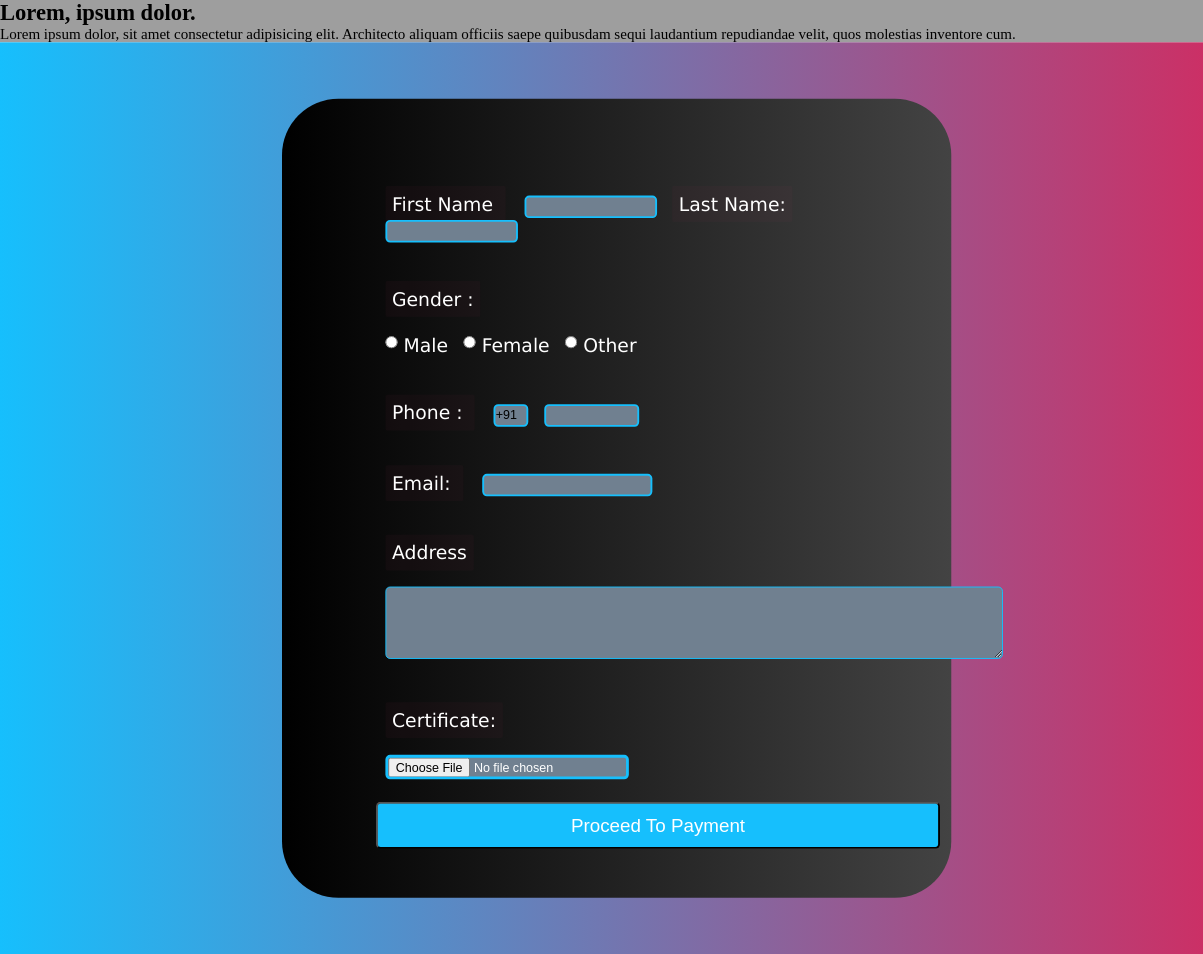
Repository: sarthakkathpalia/elliptical
Page: html/form.html
The author's editor kept a copy of each file at every save. The page is drawn from the files as they stood at one save, then again after the next save.
The browser window is 1280 px wide. The pictures show the whole page, at 94% of full size.
Pictures or frames that could not be fetched are drawn as grey boxes.

Above is the page before, as saved 2021-10-30 18:19:50.

### html/form.html
<!DOCTYPE html>
<html lang="en">
<head>
    <meta charset="UTF-8">
    <meta http-equiv="X-UA-Compatible" content="IE=edge">
    <meta name="viewport" content="width=device-width, initial-scale=1.0">
    <title>form</title>
</head>
<style>
        *{
        padding: 0%;
        margin: 0%;
            }
        input{
            border-radius: 5px;
            margin-left: 10px;
            height: 20px;
            background-color: slategray;
            border-style: solid;
            border-color: #16BFFD;
        }
        textarea{
            border-radius: 5px;
            margin-left: 10px;

            background-color: slategray;
            border-style: solid;
            border-color: #16BFFD;
        }
        label{
            background-color: #cb30660a;
            padding: 7px;
            margin: 10px;
            border-radius: 2px;
        }
        .book{
            display:flex;
            align-items: center;

            background-image: linear-gradient(to right ,#16BFFD,#CB3066);
        }
        .box{
            font-family:'Lucida Sans', 'Lucida Sans Regular', 'Lucida Grande', 'Lucida Sans Unicode', Geneva, Verdana, sans-serif;
            border-radius: 60px;
            font-size: 20px;
            color: white;
            background-image: linear-gradient(to right , #000000,#434343);
            width: 40%;
            height: 650px;
            margin-top: 60px;
            margin-bottom: 60px;
            margin-left: 300px;
            padding: 100px;
        }
        button{
            background-color:#16BFFD ;
            width: 600px;
            height: 50px;
            border-radius: 5px;
        }
        a{
            color: white;
            font-size: 20px;
            text-decoration: none;
        }
        .head{

            background: url("gif1.gif");
        }

</style>
<body>
    <div class="head">
        <h2>Lorem, ipsum dolor.</h2>
        <p>Lorem ipsum dolor, sit amet consectetur adipisicing elit. Architecto aliquam officiis saepe quibusdam sequi laudantium repudiandae velit, quos molestias inventore cum.</p>
    </div>
    <form class="book">
      <div class="box">
        <label> First Name </label>
        <input type="text" name="firstname" size="15"/>
        <label> Last Name: </label>
        <input type="text" name="lastname" size="15"/> <br> <br> <br>

        <label>
        Gender :
        </label><br>  <br>
        <input type="radio" name="male"/> Male
        <input type="radio" name="female"/> Female
        <input type="radio" name="other"/> Other
        <br>
        <br>
          <br>
        <label>
        Phone :
        </label>
        <input type="text" name="country code"  value="+91" size="2"/>
        <input type="text" name="phone" size="10"/> <br> <br>  <br>
        <label>
            Email:
        </label>
        <input type="email" id="email" name="email"/> <br>
        <br><br>
        <label>
            Address
        </label>
        <br>
        <br>
        <textarea cols="80" rows="5" value="address">
        </textarea>
        <br> <br>  <br>

        <label>
            Certificate:
        </label>
        <br>
        <br>
        <input type="file" id="image-input" accept="image/*">
        <br>
        <br>

        <button><a href="index.html">Proceed To Payment</a></button>
    </div>
        </form>
</body>
</html>

After the next save:
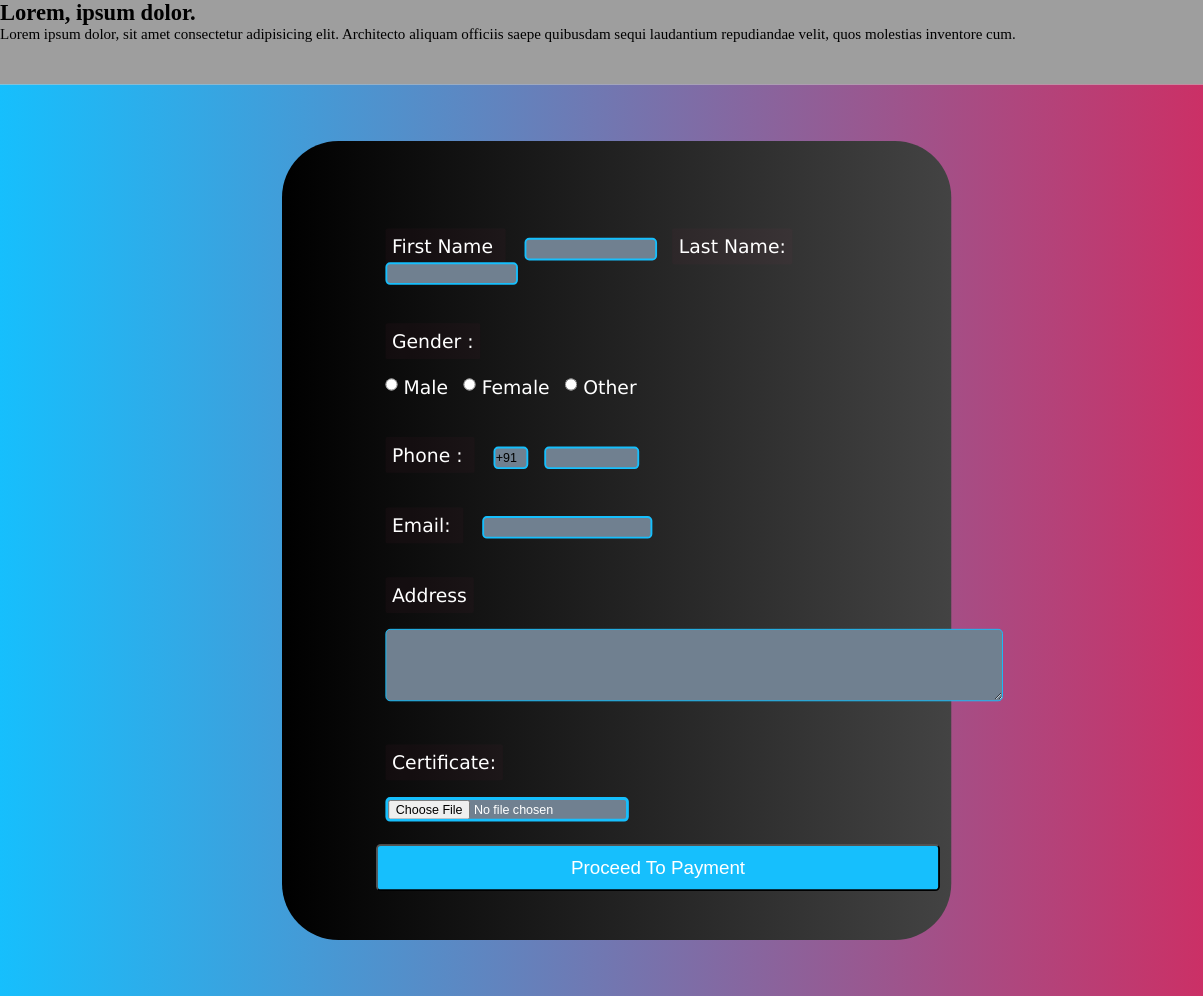
Saved 16 s later.
--- a/html/form.html
+++ b/html/form.html
@@ -64,8 +64,8 @@
             text-decoration: none;
         }
         .head{
-
             background: url("gif1.gif");
+            height: 90px;
         }
 
 </style>
